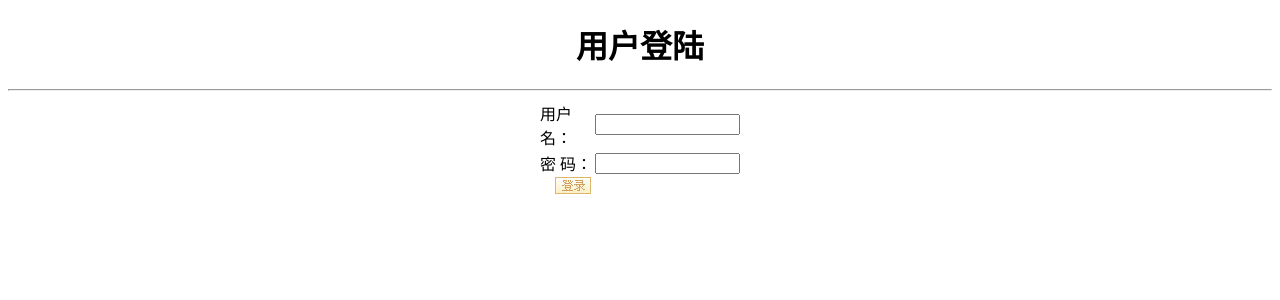
Repository: huangqifei/Test
Page: http://localhost/travel/login.jsp
The author's editor kept a copy of each file at every save. The page is drawn from the files as they stood at one save, then again after the next save.
The browser window is 1280 px wide. The pictures show the whole page.
The page is served by Tomcat 9. Nobody is signed in. The application's start-up code is not run.

Above is the page before, as saved 2015-03-10 03:09:25.

After the next save:
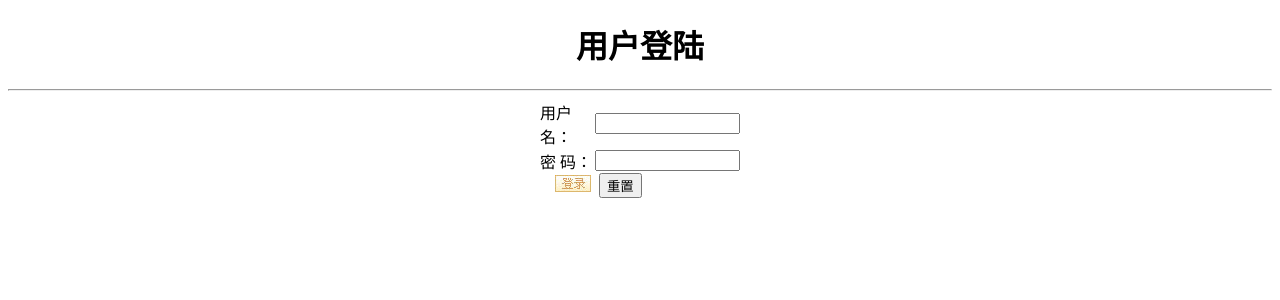
Saved 26 s later.
--- a/旅行社管理系统/lvyouguanli/travel/WebRoot/login.jsp
+++ b/旅行社管理系统/lvyouguanli/travel/WebRoot/login.jsp
@@ -19,7 +19,7 @@
 			</tr>
 			<tr>
 				<td align="right"><img src="img/login.jpg" onclick="form1.submit()"/>&nbsp;</td>
-				<td align="left">&nbsp;<img src="" value="重置" onclick="form1.reset()"/></td>
+				<td align="left">&nbsp;<input type="button" value="重置" onclick="form1.reset()"/></td>
 			</tr>
 		</table>
 	</form>
